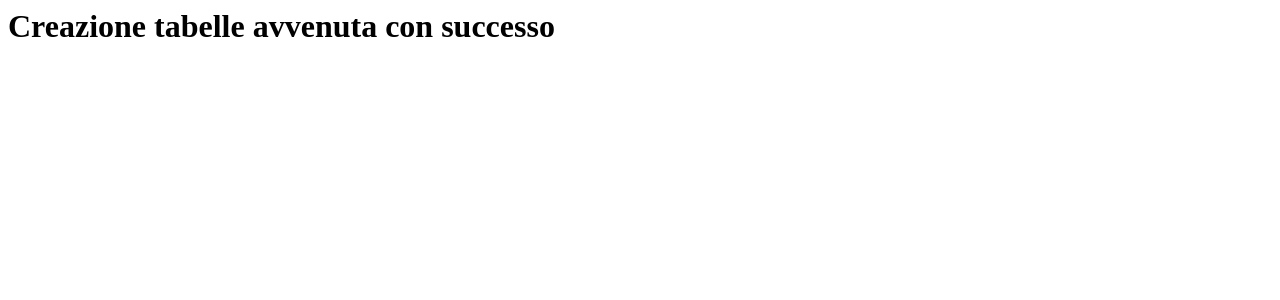
Repository: EmanueleCoradin/IoTMonitoring-CV-19-Patients
Page: http://localhost/init.php
An editor plug-in stored every save of this project. The page is shown before and after the next save, followed by the edit.
The browser window is 1280 px wide. The pictures show the whole page.
The page is run by PHP 8.4 with error messages shown; the project is at /var/www/html/.

Above is the page before, as saved 2020-05-11 16:47:49.

After the next save:
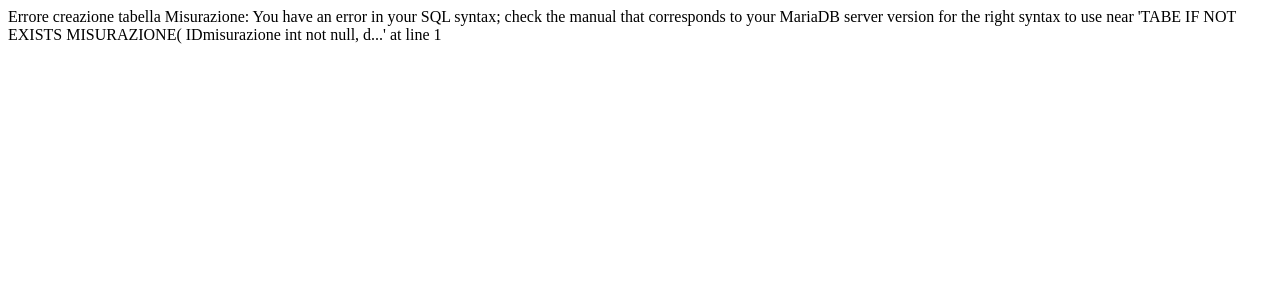
Saved 5 s later.
--- a/allegati/sitoPHP/php/init.php
+++ b/allegati/sitoPHP/php/init.php
@@ -84,7 +84,7 @@ if(!$result){
 #-------------------------- TABELLA MISURAZIONE ---------------------------#
 
 $sql="
-    CREATE TABLE IF NOT EXISTS MISURAZIONE(
+    CREATE TABE IF NOT EXISTS MISURAZIONE(
         IDmisurazione int not null,
         data date not null,
         ora time not null,
